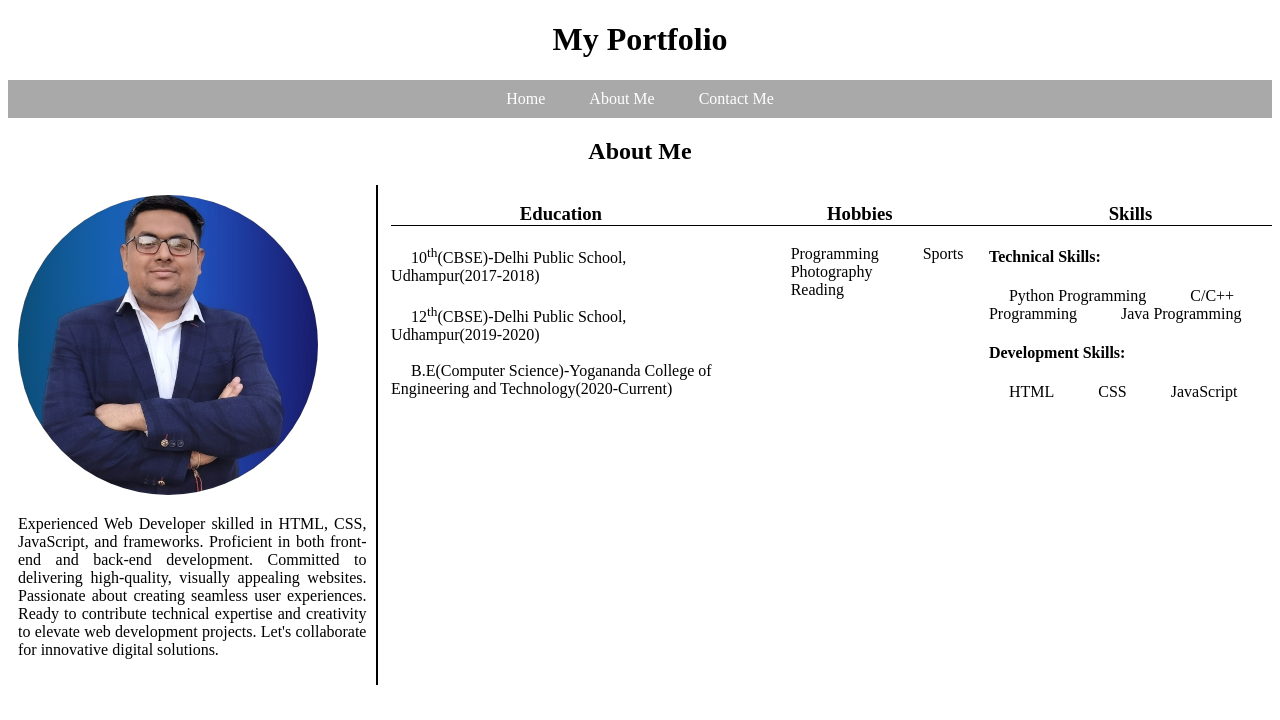
Repository: harshitanthal1/my_portfolio
Page: aboutme.html
These files come from the project's save history. The page is drawn as it stood at one moment and after the next save; the edit follows.
The browser window is 1280 px wide. The pictures show the whole page.

Above is the page before, as saved 2024-02-04 10:35:13.

After the next save:
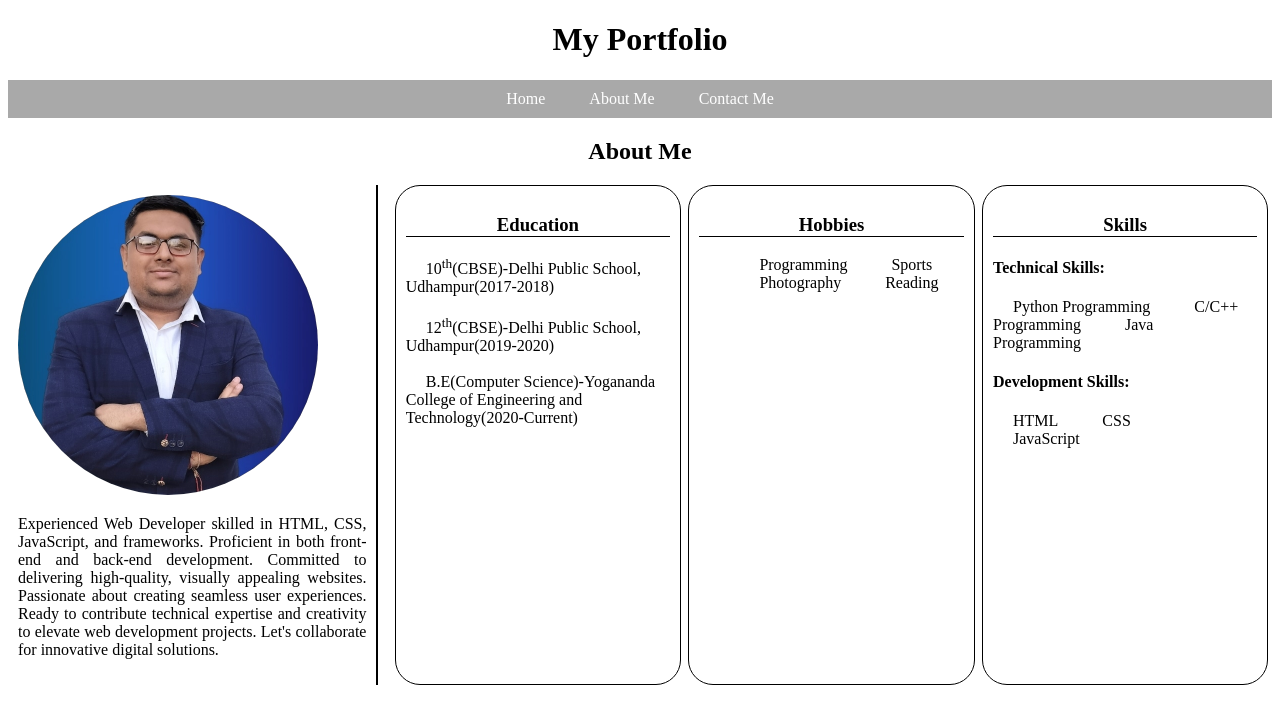
Saved 2 s later.
--- a/styles/styles.css
+++ b/styles/styles.css
@@ -39,21 +39,12 @@ main {
     justify-content: space-around;
 }
 
-.sub-box1 {
+.sub-box {
     width: 30%;
     border: 1.5px solid black;
     border-radius: 25px;
     padding: 10px;
 }
-
-.sub-box2 {
-    width: 30%;
-    border: 1.5px solid black;
-    border-radius: 25px;
-    padding: 10px;
-    text-align: center;
-}
-
 
 h3 {
     text-align: center;
